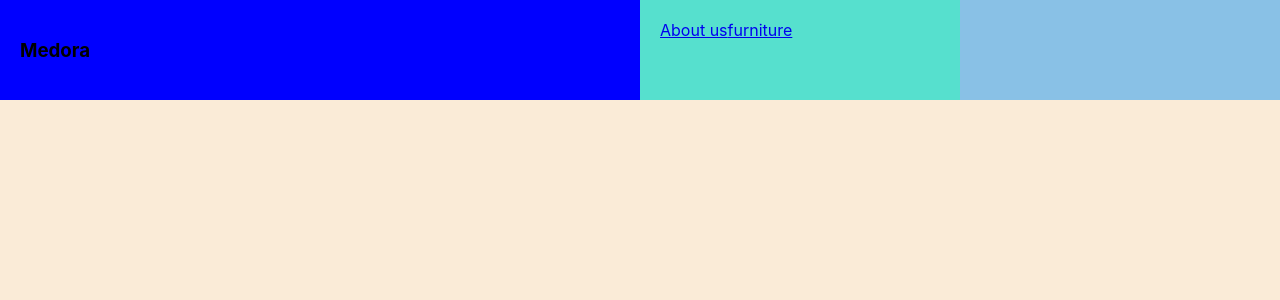
Repository: SbuKhoza/medora
Page: /
An editor plug-in stored every save of this project. The page is shown before and after a run of saves, followed by the edit.
The browser window is 1280 px wide. The pictures show the whole page.
The project was rebuilt for these pictures with package versions that can differ from the ones it lists, and the page was loaded fresh each time.

Above is the page before, as saved 2024-07-09 13:50:26.

After the next 2 saves:
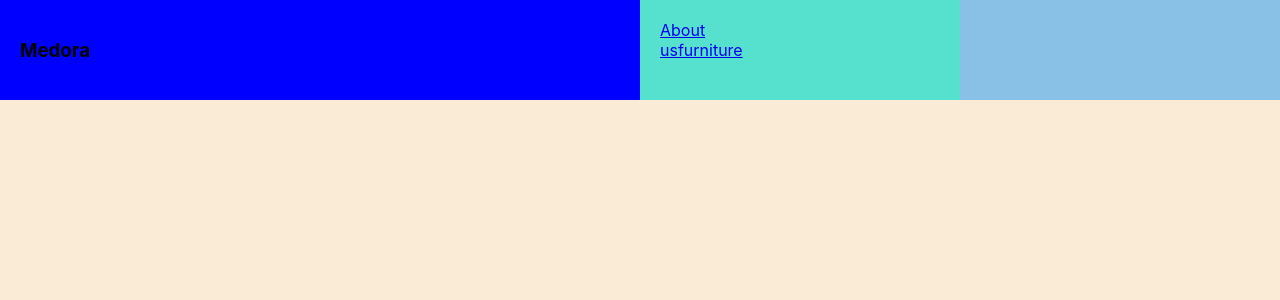
The 2 saves are shown as one change because they came seconds apart.
The last was saved 32 s later.
--- a/src/App.css
+++ b/src/App.css
@@ -36,5 +36,7 @@ body {
 }
 
 .menucenter {
+  width: 40px;
+  height: 40px;
   margin: 20px;
 }
